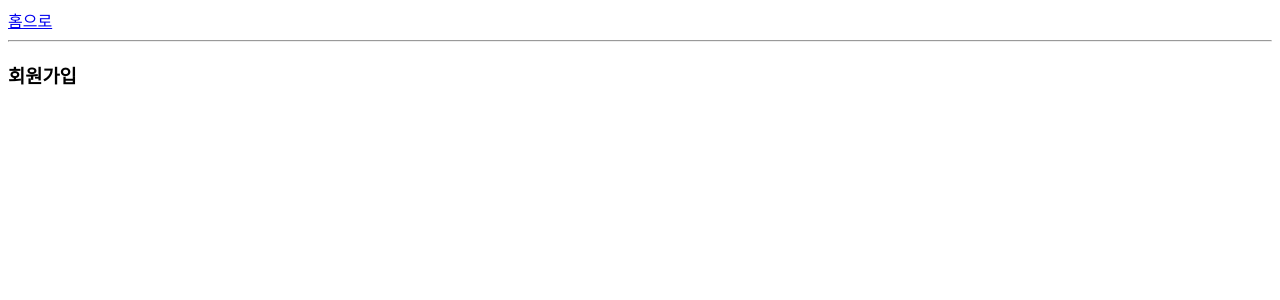
Repository: linklifejo/study_spring
Page: http://localhost/web/member
These files come from the project's save history. The page is drawn as it stood at one moment and after the next save; the edit follows.
The browser window is 1280 px wide. The pictures show the whole page.
The page is served by Tomcat 9. Other server files are loaded and not shown.

Above is the page before, as saved 2023-02-14 01:00:27.

### web/src/main/webapp/WEB-INF/views/member/join.jsp
<%@ page language="java" contentType="text/html; charset=UTF-8"
    pageEncoding="UTF-8"%>
<%@ taglib uri="http://java.sun.com/jsp/jstl/core" prefix="c"%>
<!DOCTYPE html>
<html>
<head>
<meta charset="UTF-8">
<title>Insert title here</title>
</head>
<body>
<a href='<c:url value="/"/>'>홈으로</a>
<hr>
<h3>회원가입</h3>

<form method='post' action='joinRequest'>


</form>

</body>
</html>

After the next save:
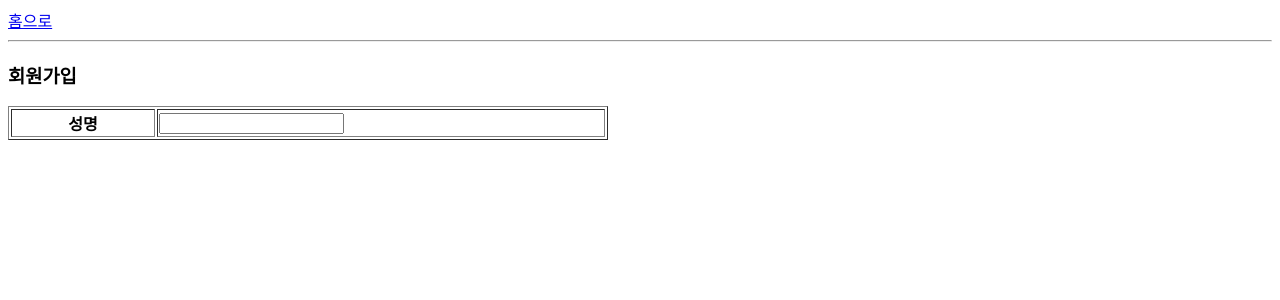
Saved 59 s later.
--- a/web/src/main/webapp/WEB-INF/views/member/join.jsp
+++ b/web/src/main/webapp/WEB-INF/views/member/join.jsp
@@ -13,7 +13,11 @@
 <h3>회원가입</h3>
 
 <form method='post' action='joinRequest'>
-
+<table border='1' style='width:600px'>
+<tr><th style='width:140px'>성명</th>
+	<td><input type='text' name='name'></td>
+</tr>
+</table>
 
 </form>
 
